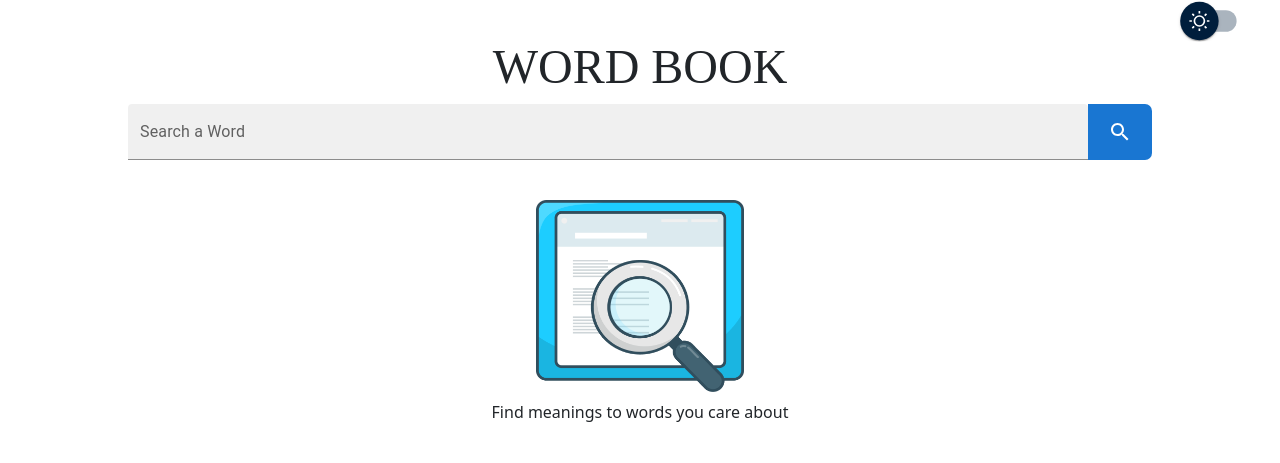
Repository: marveldev/my-dictionary
Page: /
The author's editor kept a copy of each file at every save. The page is drawn from the files as they stood at one save, then again after the next save.
The browser window is 1280 px wide. The pictures show the whole page.
The project was rebuilt for these pictures with package versions that can differ from the ones it lists, and the page was loaded fresh each time. Also part of the build but not shown: src/components/themeSwitcher/MUISwitch.jsx.

Above is the page before, as saved 2022-05-22 16:32:57.

### public/index.html
<!DOCTYPE html>
<html lang="en">
  <head>
    <meta charset="utf-8" />
    <meta name="viewport" content="width=device-width, initial-scale=1" />
    <meta name="theme-color" content="#000000" />
    <meta
      name="description"
      content="Web site created using create-react-app"
    />
    <link href="https://cdn.jsdelivr.net/npm/bootstrap@5.1.3/dist/css/bootstrap.min.css" rel="stylesheet"
          integrity="sha384-1BmE4kWBq78iYhFldvKuhfTAU6auU8tT94WrHftjDbrCEXSU1oBoqyl2QvZ6jIW3" crossorigin="anonymous"
    />
    <link rel="apple-touch-icon" href="./icon-192x192.png" />
    <link rel="icon" href="./icon-192x192.png" />
    <link rel="manifest" href="./manifest.json" />
    <title>My Dictionary</title>
  </head>
  <body>
    <noscript>You need to enable JavaScript to run this app.</noscript>
    <div id="root"></div>
  </body>
</html>

### src/index.js
import React from 'react'
import ReactDOM from 'react-dom'
import App from './App'
import swDev from './swDev'
import './index.css'

ReactDOM.render(
  <React.StrictMode>
    <App />
  </React.StrictMode>,
  document.getElementById('root')
)
swDev()

### src/App.js
import { useState } from 'react'
import { createTheme } from '@mui/material'
import { Form, Output, ThemeSwitcher } from './components'

const App = () => {
  const [definitions, setDefinitions] = useState([])
  const [appMode, setAppMode] = useState('online')
  const [isLoading, setIsLoading] = useState(null)

  const storedTheme = localStorage.getItem('theme') || 'light'
  const [theme, setTheme] = useState(storedTheme)

  const themePalette = createTheme({
    palette: {
      mode: theme,
    },
  })

  return (
    <div className={`${theme} app`}>
      <div className="top-column top-0 w-100 pb-4">
        <ThemeSwitcher setTheme={setTheme} theme={theme} themePalette={themePalette} />
        <h1 className="text-center">{definitions?.word || 'WORD BOOK'}</h1>
        <Form
          setDefinitions={setDefinitions}
          themePalette={themePalette}
          setAppMode={setAppMode}
          setIsLoading={setIsLoading}
        />
      </div>

      <Output definitions={definitions} appMode={appMode} isLoading={isLoading} />
    </div>
  )
}

export default App

### src/swDev.js
export default function swDev() {
  let swUrl = `${process.env.PUBLIC_URL}/sw.js`
  navigator.serviceWorker.register(swUrl).then(response => {
    console.warn("response", response)
  })
}

### src/index.css
body {
  margin: 0;
}

.app {
  position: absolute;
  width: 100%;
  height: 100%;
  transition: all 0.5s linear 0s;
}

.top-column {
  position: fixed;
  background: #fff;
  z-index: 1;
}

h1 {
  font-size: 3em;
  font-family: 'Montserrat light', serif;
}

.form {
  width: 80%;
}

#searchButton {
  border-radius: 0 0.5em 0.5em 0;
  box-shadow: none;
}

.output {
  margin-top: 12em;
}

.search-illustration {
  width: 13em;
  height: 13em;
  object-fit: contain;
}

.definition-header {
  padding: 1em 2em;
  font-family: 'Montserrat Medium', serif;
}

.volume-icon {
  transform: scale(1.8);
  color: #000;
}

.definitions-wrapper {
  width: 80%;
  background: #f0f0f0;
}

.definitions-wrapper::-webkit-scrollbar {
  width: 0.5em;
}

.definitions-wrapper::-webkit-scrollbar-thumb {
  border-radius: 0.5em;
  background-color: #bbb7b7;
}

.definition {
  background: #3b5360;
}

button:active {
  transform: translateY(0.2em);
}

.dark {
  background: #282c34;
  color: #fff;
}

.dark #searchButton {
  background: #1174ff;
  color: #fff;
}

.dark .definitions-wrapper {
  background: #3b3f46;
}

.dark .definition {
  background: #355c6c;
}

.dark .volume-icon {
  color: #fff;
}

@media screen and (max-width: 628px) {
  .form {
    width: 95%;
  }

  .definition-header {
    padding: 0.5em 0;
  }

  .definitions-wrapper {
    width: 95%;
    padding: 0 1.2em;
  }
}

### src/components/index.js
export { default as Form } from './form/Form'
export { default as Output } from './output/Output'
export { default as ThemeSwitcher } from './themeSwitcher/ThemeSwitcher'

### src/components/form/Form.jsx
import { useState } from 'react'
import debounce from 'lodash.debounce'
import wordList from 'word-list-json'
import { TextField, ThemeProvider, Autocomplete, Button } from '@mui/material'
import SearchIcon from '@mui/icons-material/Search'

const Form = ({ setDefinitions, themePalette, setIsLoading, setAppMode }) => {
  const [filteredWords, setFilteredWords] = useState([])
  const [word, setWord] = useState('')

  const url = `https://api.dictionaryapi.dev/api/v2/entries/en/${word}`

  const doWordFilter = debounce(value => {
    if(value.trim().length >= 1) {
      const wordFilter = wordList?.filter(word => word.startsWith(value.toLowerCase())).slice(0, 30)
      setFilteredWords(wordFilter)
    } else {
      setFilteredWords([])
      setWord('')
      setDefinitions([])
    }
  }, 300)

  const fetchDefinition = async event => {
    event?.preventDefault()
    if (word.trim().length >= 1) {
      setIsLoading(true)

      try {
        const response = await fetch(url)
        const data = await response.json()
        if (data) {
          setIsLoading(null)
          setDefinitions(data[0])
          setAppMode('online')
        }
      } catch (error) {
        setAppMode('offline')
        setDefinitions([])
      }
    }
  }

  return (
    <ThemeProvider theme={themePalette}>
      <>
        <Autocomplete
          freeSolo
          disableClearable
          options={filteredWords.map(word => word)}
          onChange={(event, value) =>
            setWord(value)
          }
          renderInput={params =>
            <form
              className="form d-flex m-auto"
              onSubmit={event => fetchDefinition(event)}
            >
              <TextField
                {...params}
                variant="filled"
                label="Search a Word"
                onChange={event => doWordFilter(event.target.value)}
              />
              <Button type="submit" variant="contained" id="searchButton">
                <SearchIcon />
              </Button>
            </form>
          }
        />
      </>
    </ThemeProvider>
  )
}

export default Form

### src/components/output/Output.jsx
import { IconButton } from '@mui/material'
import VolumeUpIcon from '@mui/icons-material/VolumeUp'
import { searchIllustration, loader } from '../assets'

const Output = ({ definitions, isLoading, appMode }) => {
  const playWord = (url) => {
    const audio = new Audio(url)
    audio?.play()
  }

  return (
    <div className="output">
      {isLoading && appMode === 'online' && (
        <div className="text-center">
          <img src={loader} alt="loading" />
        </div>
      )}

      {!isLoading && (
        <>
          {!definitions && (
            <div className="text-center fs-4">😞 we couldn't find definitions for the word you are looking for.</div>
          )}

          {definitions?.length <= 0 && (
            <div className="text-center">
              <img src={searchIllustration} className="search-illustration" alt="search illustration" />
              <p>Find meanings to words you care about</p>
            </div>
          )}

          {definitions?.meanings && (
            <div className="definitions-wrapper m-auto pb-4 rounded">
              <div className="definition-header d-flex align-items-center gap-3">
                {definitions.phonetics[0]?.audio && (
                  <IconButton onClick={() => playWord(definitions.phonetics[0]?.audio)}>
                    <VolumeUpIcon className="volume-icon" />
                  </IconButton>
                )}
                <div>
                  <p className="m-0 fs-5">{definitions?.word}</p>
                  {definitions?.phonetic && <p className="m-0">{definitions?.phonetic}</p>}
                </div>
              </div>
              <ul className="mx-lg-5 ps-0">
                {definitions?.meanings.map((meaning, index) => (
                  <li key={index}>
                    <p>"partOfSpeech": {meaning.partOfSpeech}</p>
                    {meaning.definitions?.map((data, index) => (
                      <div key={index} className="definition text-white rounded p-2 mb-3">
                        <p className="fw-bold">{data.definition}</p>
                        <p>
                          <span className="me-2 fw-bold">Example:</span>
                          {data.example}
                        </p>
                        <p className="mb-0">
                          <span className="me-2 fw-bold">Synonyms:</span>
                          {data.synonyms.join(', ')}
                        </p>
                      </div>
                    ))}
                  </li>
                ))}
              </ul>
            </div>
          )}
        </>
      )}

      {appMode === 'offline' && (
        <div className="text-center fs-4">😞 you are in offline mode or some issue with connection.</div>
      )}
    </div>
  )
}

export default Output

### src/components/themeSwitcher/ThemeSwitcher.jsx
import { FormControlLabel } from '@mui/material'
import { MaterialUISwitch } from './MUISwitch'

const ThemeSwitcher = ({ theme, setTheme, themePalette }) => {
  const switchTheme = () => {
    const currentTheme = theme === 'dark' ? 'light' : 'dark'
    setTheme(currentTheme)
    localStorage.setItem('theme', currentTheme)
  }

  return (
    <div className="text-end mx-lg-4 mt-1">
      <FormControlLabel
        label=''
        control={
          <MaterialUISwitch
            theme={themePalette}
            onChange={switchTheme}
            checked={theme === 'dark' && true}
            aria-label='switch theme'
          />
        }
      />
    </div>
  )
}

export default ThemeSwitcher

### src/components/assets/index.js
export { default as searchIllustration } from './searchIllustration.png'
export { default as loader } from './loader.svg'

After the next save:
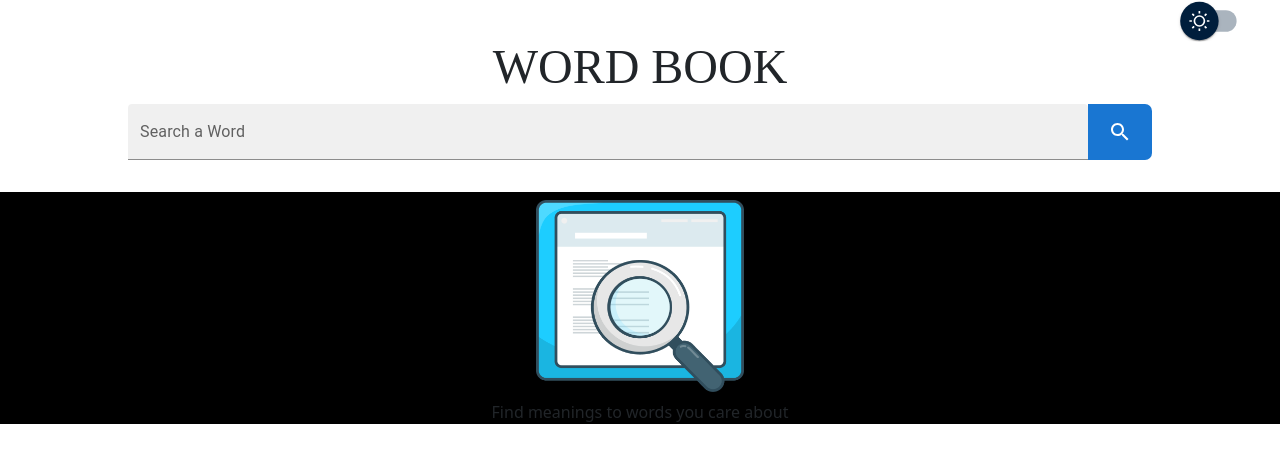
Saved 21 s later.
--- a/src/index.css
+++ b/src/index.css
@@ -31,6 +31,7 @@ h1 {
 
 .output {
   margin-top: 12em;
+  background: #000;
 }
 
 .search-illustration {
